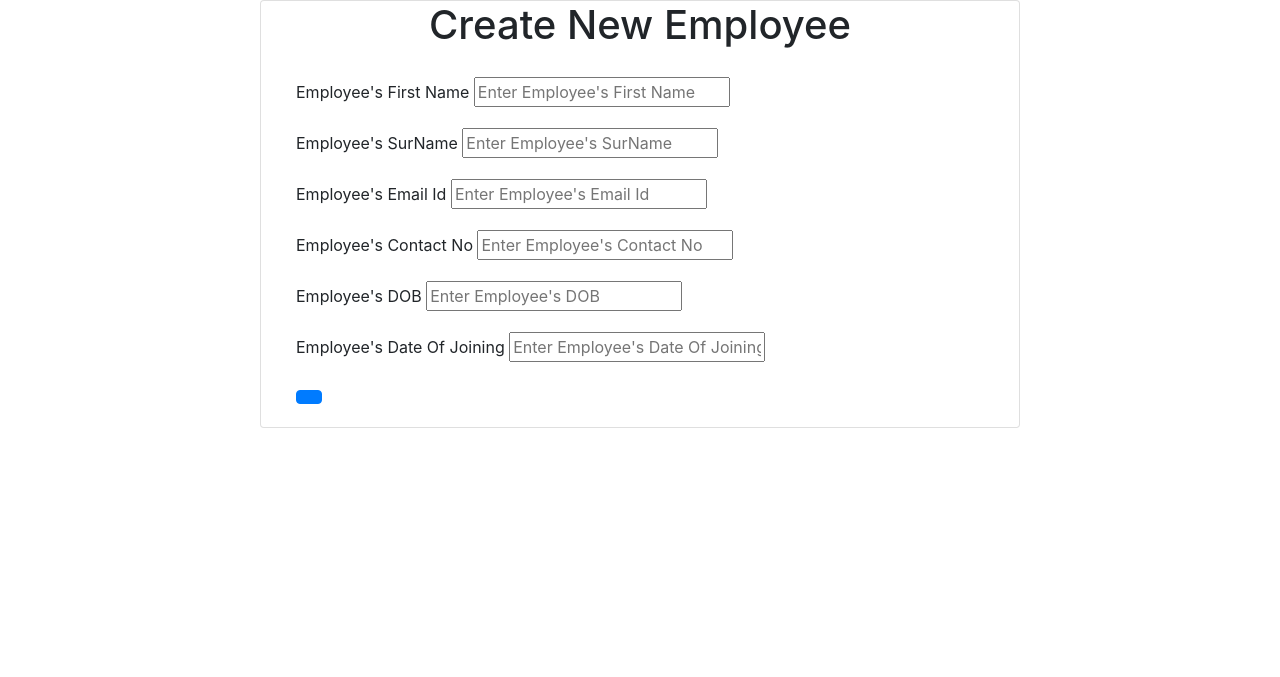
Repository: smrutiranjan-84/Assignment
Page: http://localhost/create_employee
An editor plug-in stored every save of this project. The page is shown before and after the next save, followed by the edit.
The browser window is 1280 px wide. The pictures show the whole page.
The page is this project's Thymeleaf template; nobody is signed in. The template is opened directly, without the code that normally fills it, so the values that code supplies are empty.

Above is the page before, as saved 2022-01-19 07:15:22.

After the next save:
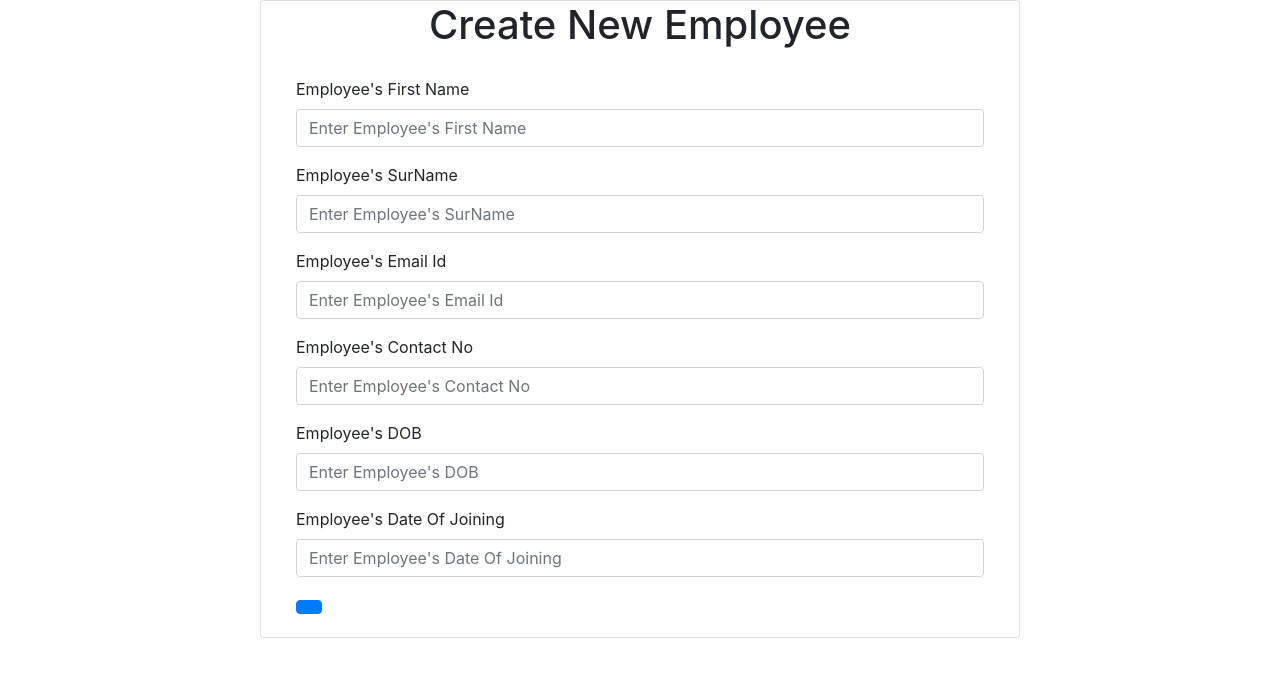
Saved 2 min 33 s later.
--- a/EmployeeApplication/src/main/resources/templates/create_employee.html
+++ b/EmployeeApplication/src/main/resources/templates/create_employee.html
@@ -21,7 +21,7 @@ crossorigin="anonymous">
                          type= "text"
                          name= "firstName"
                          th:field= "*{firstName}"
-                         class= "form-center"
+                         class= "form-control"
                          placeholder= "Enter Employee's First Name"/>
                    </div>
                 <div class= "form-group">
@@ -30,7 +30,7 @@ crossorigin="anonymous">
                       type = "text"
                       name = "surName"
                       th:field = "*{surName}"
-                      class = "form-center"
+                      class = "form-control"
                       placeholder = "Enter Employee's SurName"/>
                  </div>
                <div class= "form-group">
@@ -39,7 +39,7 @@ crossorigin="anonymous">
                    type = "text"
                    name = "emailId"
                    th:field = "*{emailId}"
-                   class = "form-center"
+                   class = "form-control"
                    placeholder = "Enter Employee's Email Id"/>
                 </div>
                 <div class= "form-group">
@@ -48,7 +48,7 @@ crossorigin="anonymous">
                    type = "text"
                    name = "contactNo"
                    th:field = "*{contactNo}"
-                   class = "form-center"
+                   class = "form-control"
                    placeholder = "Enter Employee's Contact No"/>
                 </div>
                 <div class= "form-group">
@@ -57,7 +57,7 @@ crossorigin="anonymous">
                    type = "text"
                    name = "dob"
                    th:field = "*{dob}"
-                   class = "form-center"
+                   class = "form-control"
                    placeholder = "Enter Employee's DOB"/>
                 </div>
                 <div class= "form-group">
@@ -66,7 +66,7 @@ crossorigin="anonymous">
                    type = "text"
                    name = "dateOfJoining"
                    th:field = "*{dateOfJoining}"
-                   class = "form-center"
+                   class = "form-control"
                    placeholder = "Enter Employee's Date Of Joining"/>
                 </div>
                 <div class = "box-footer">
